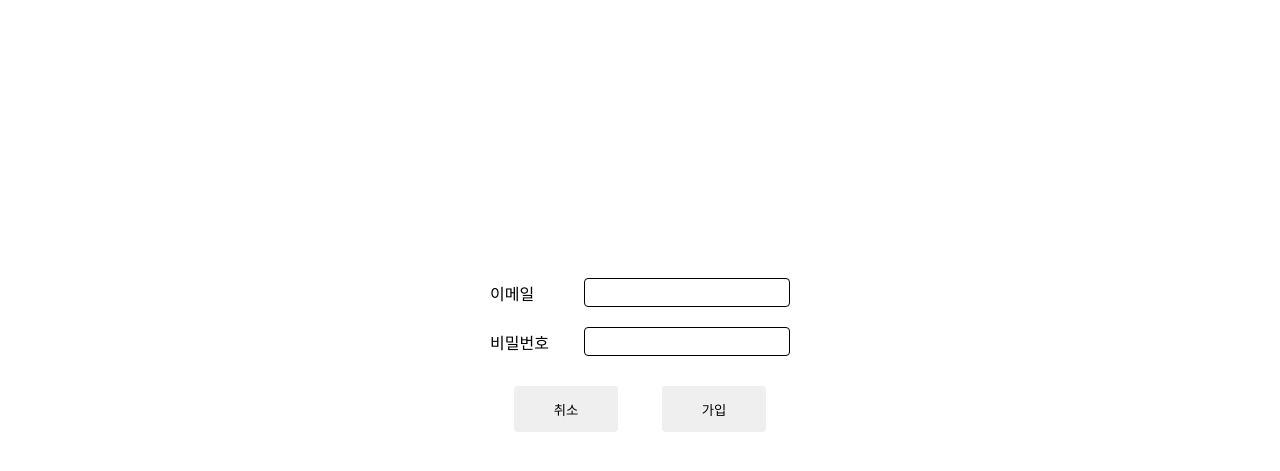
Repository: momo0170/react-shopping
Page: /register
An editor plug-in stored every save of this project. The page is shown before and after the next save, followed by the edit.
The browser window is 1280 px wide. The pictures show the whole page.
The page's requests for data from a server got no answer. Some web fonts or font styles are not loaded; a fallback is used. The project was rebuilt for these pictures with package versions that can differ from the ones it lists, and the page was loaded fresh each time. No one was signed in, and anything a server would have sent is missing. Also part of the build but not shown: src/App.css, src/css/Header.module.css, src/components/Header.jsx, src/App.js, src/router/Products.jsx, src/css/Login.module.css, src/router/Login.jsx.

Above is the page before, as saved 2023-02-22 20:23:53.

After the next save:
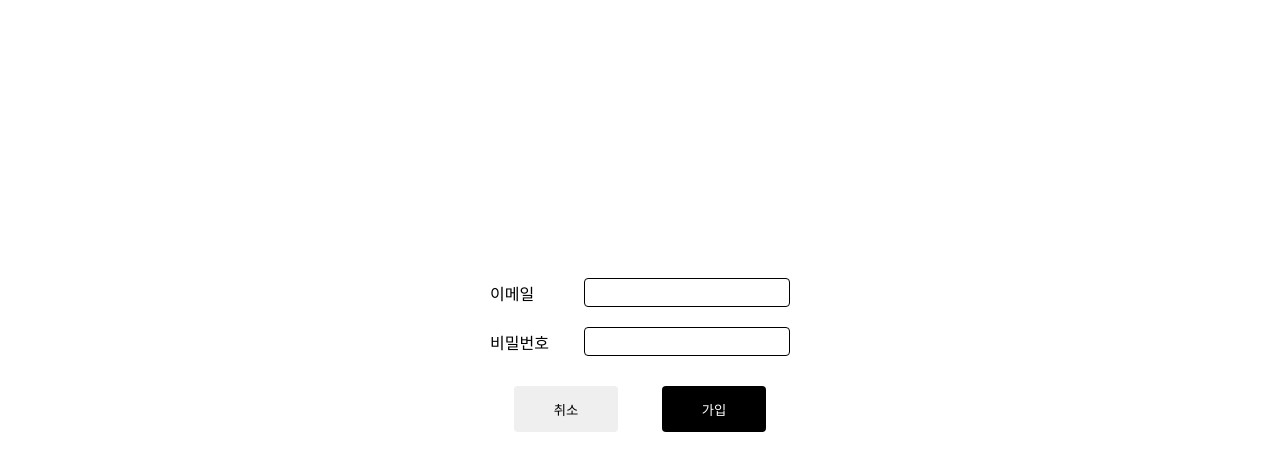
Saved 17 s later.
--- a/src/css/Register.module.css
+++ b/src/css/Register.module.css
@@ -42,3 +42,7 @@
   padding: calc(var(--margin-large) / 1.5) calc(var(--margin-large) * 2);
   /* font-size: var(--font-small); */
 }
+.registerBtn {
+  color: white;
+  background-color: black;
+}
